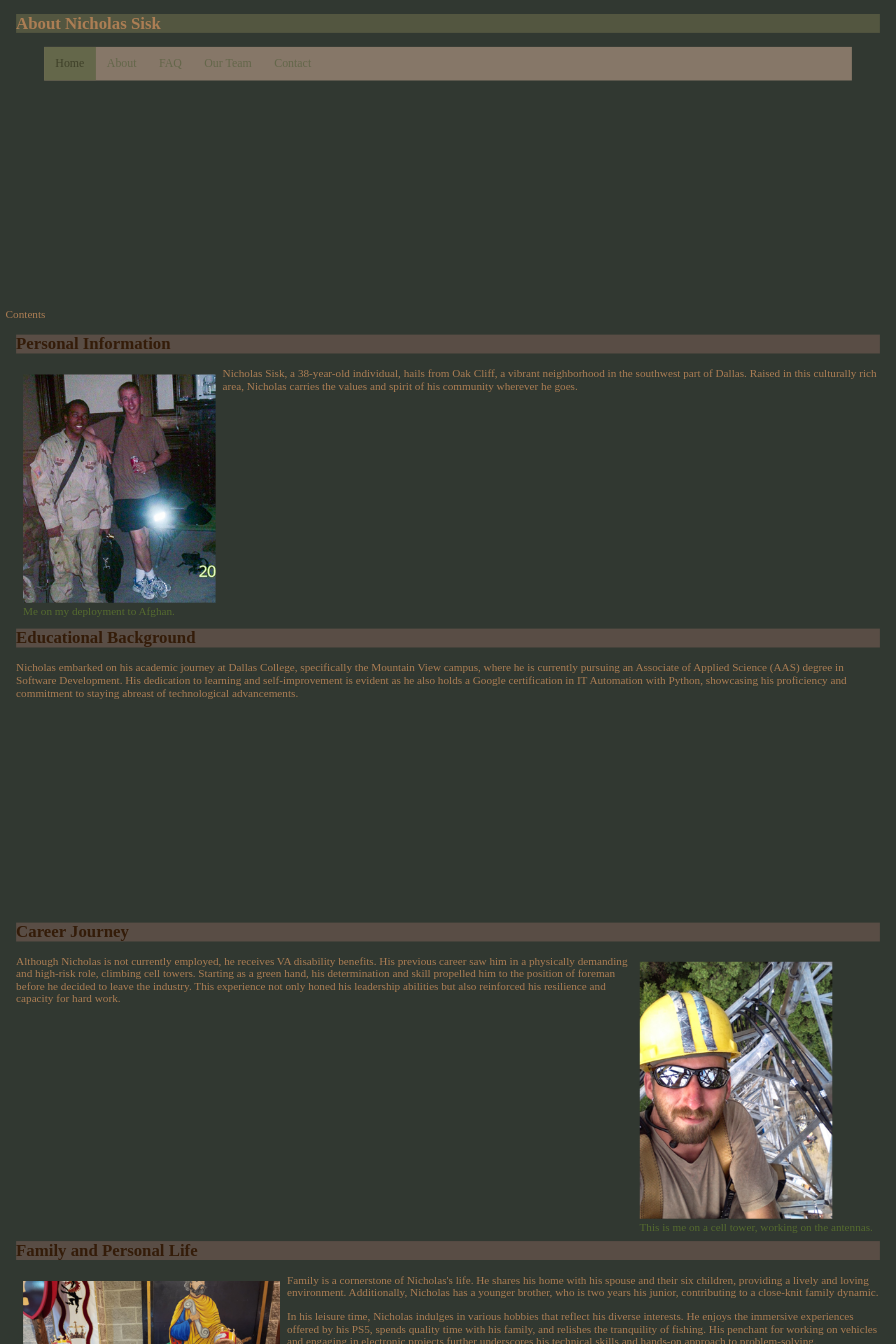
Repository: nsisk1/web-page-project
Page: index.html
These files come from the project's save history. The page is drawn as it stood at one moment and after the next save; the edit follows.
The browser window is 1280 px wide. The pictures show the part of the page from y = 0 to 1920 px (the page is 3952 px tall before and 4088 px after), at 70% of full size.

Above is the page before, as saved 2024-07-31 20:04:22.

### index.html
<!DOCTYPE html>
<html lang="en">
    <head>
        <link rel="stylesheet" href="css/style.css">
        <link rel="stylesheet" href="css/layout.css">
        <meta charset="UTF-8">
        <meta name="viewport" content="width=device-width, initial-scale=1.0">
        <title>About Nicholas Sisk</title>
    </head>
    <body>
        <article class="art">
            <h1>
                About Nicholas Sisk
            </h1>
            <figure>
                <nav class="topnav">
                    <a class="active" href="index.html">Home</a>
                    <a href="about.html">About</a>
                    <a href="faq.html">FAQ</a>
                    <a href="team.html">Our Team</a>
                    <a href="contact-us.html">Contact</a>
                </nav>
            </figure>
        </article>
        <aside>
            <h1></h1>Contents</aside>
        <article class="art">
            <h2>Personal Information</h2>
            <figure class="image">
                <a href="images/afghan-lg.jpg">
                    <img src="images/afghan-thumbnail.jpg" alt="Me on the right, and my best friend on the left.">
                    <figcaption>Me on my deployment to Afghan.</figcaption>
                </a>
            </figure>
            <div class="clear"></div>
            <p>
                Nicholas Sisk, a 38-year-old individual, hails from Oak Cliff, a
                vibrant neighborhood in the southwest part
                of Dallas. Raised in this culturally rich area, Nicholas carries
                the values and spirit of his community
                wherever he goes.
            </p>
        </article>
        <div class="clear"></div>
        <article class="art">
            <h2>Educational Background</h2>
            <p>
                Nicholas embarked on his academic journey at Dallas College,
                specifically the Mountain View campus, where he
                is currently pursuing an Associate of Applied Science (AAS)
                degree in Software Development. His dedication
                to learning and self-improvement is evident as he also holds a
                Google certification in IT Automation with
                Python, showcasing his proficiency and commitment to staying
                abreast of technological advancements.
            </p>
        </article>
        <article class="art">
            <h2>Career Journey</h2>
            <figure class="image">
                <a href="images/tower-lg.jpg">
                    <img src="images/tower-thumbnail.jpg" alt="Me on  cell tower">
                    <figcaption>
                        This is me on a cell tower, working on the antennas.
                    </figcaption>
                </a>
            </figure>
            <div class="clear"></div>
            <p>
                Although Nicholas is not currently employed, he receives VA
                disability benefits. His previous career saw him
                in a physically demanding and high-risk role, climbing cell
                towers. Starting as a green hand, his
                determination and skill propelled him to the position of foreman
                before he decided to leave the industry.
                This experience not only honed his leadership abilities but also
                reinforced his resilience and capacity for
                hard work.
            </p>
        </article>
        <article class="art">
            <h2>Family and Personal Life</h2>
            <figure class="image">
                <a href="images/kids-lg.jpg">
                    <img src="images/kids-thumbnail.jpg" alt="kids at Medieval Times">
                    <figcaption> This is the kids getting VIP treatment at Medieval Times.</figcaption>
                </a>
            </figure>
            <p>
                Family is a cornerstone of Nicholas's life. He shares his home
                with his spouse and their six children,
                providing a lively and loving environment. Additionally,
                Nicholas has a younger brother, who is two years
                his junior, contributing to a close-knit family dynamic.
            </p>
            <p>
                In his leisure time, Nicholas indulges in various hobbies that
                reflect his diverse interests. He enjoys the
                immersive experiences offered by his PS5, spends quality time
                with his family, and relishes the tranquility
                of fishing. His penchant for working on vehicles and engaging in
                electronic projects further underscores his
                technical skills and hands-on approach to problem-solving.
            </p>
        </article>
        <article class="art">
            <h2>Achievements</h2>
            <p>
                One of Nicholas's notable achievements is earning the Google
                certification for IT Automation with Python.
                This certification not only validates his technical expertise
                but also aligns with his career aspirations in
                the field of software development.
            </p>
        </article>
        <article class="art">
            <h2>Future Aspirations</h2>
            <figure class="image">
                <a href="images/nofear-lg.jpg">
                    <img src="images/fear-thumbnail.jpg" alt="Fear is the only thing that can stop you">
                    <figcaption>
                        Fear is the only thing that can stop you.
                    </figcaption>
                </a>
            </figure>
            <p>
                Looking ahead, Nicholas is determined to leverage his education
                and skills to secure a position in the
                software development industry. His goal is to apply his
                knowledge and passion for technology to make
                meaningful contributions to the field, ultimately building a
                successful career.
            </p>
        </article>
        <article class="art">
            <h2>Personal Philosophy and Unique Traits</h2>
            <p>
                A defining trait of Nicholas's character is his unwavering
                determination. He embodies the principle of never
                giving up, regardless of the challenges he faces. This
                resilience is complemented by his belief in the power
                of confidence, inspired by Packnett's assertion that confidence
                is the precursor to success in all
                endeavors.
            </p>
            <p>
                Nicholas is also guided by the inspirational words of Jack
                Canfield: "Everything you want is on the other
                side of fear." This quote resonates deeply with him, serving as
                a constant reminder to push through fears
                and obstacles to achieve his dreams.
            </p>
        </article>
        <article class="art">
            <h2>Conclusion</h2>
            <p>
                Nicholas Sisk is a dedicated and resilient individual with a
                rich personal and professional background. His
                journey from Oak Cliff to pursuing a career in software
                development, combined with his family values and
                personal philosophy, paints a picture of a man committed to
                growth, learning, and making a positive impact
                in his field. With his never-give-up attitude and a clear vision
                for the future, Nicholas is poised to
                achieve his goals and inspire those around him.
            </p>
        </article>
        <footer position="absolute">
            <a href="https://www.dallascollege.edu" target="blank">DallasCollegeHomepage</a>
            <a href="contact-us.html" target="blank">
                Contact Us
            </a>
            <a href="mailto:nsisk1@student.dallascollege.edu">Webmaster</a>
        </footer>
    </body>
</html>

### css/style.css
body {
    background-color: #313831;
    color: #ac7e54
}

h1 {
    background-color: #535640;
    color: #ac7e54;
}

h2 {
    background-color: #594d45;
    color: #341c09;


    form {
        width: 250px;
        text-align: center;
    }
}

footer {
    color: blue;

}

a:link {
    color: darkolivegreen;
    background-color: transparent;
    text-decoration: none;
}

a:visited {
    color: #655949;
    background-color: transparent;
    text-decoration: none;
}

a:hover {
    color: #5c5c5b;
    background-color: transparent;
    text-decoration: underline;
}

a:active {
    color: #5c5c5b;
    background-color: transparent;
    text-decoration: underline;
}

### css/layout.css
.topnav {
    background-color: #867768;
    overflow: hidden;
}

.topnav a {
    float: left;
    color: #64674a;
    text-align: center;
    padding: 14px 16px;
    text-decoration: none;
    font-size: 17px;
}

.topnav a:hover {
    background-color: #584240;
    color: black;
}

.topnav a.active {
    background-color: #64674a;
    color: #3f4129;
}

.image {
    box-sizing: content-box;
    padding: 5px;
    margin: 5px;
    float: left;
    height: auto;
    width: auto;
    display: block;
    clear: both;
}

.art {
    box-sizing: border-box;
    height: 400px;
    width: auto;
    margin: 15px;
    clear: both;
}

article:nth-child(even)>figure {
    float: right;
}



.row {
    display: flex;
    flex-direction: row;
    justify-content: flex-start;
    align-items: flex-start;
    align-content: flex-start;
}

.column {
    flex: 0 1 auto;
    width: 250px;
    border: #584240 solid;
    align-self: auto;
}
.column>img {
    width: 240px;
}

.aside {
    display: grid;
}

After the next save:
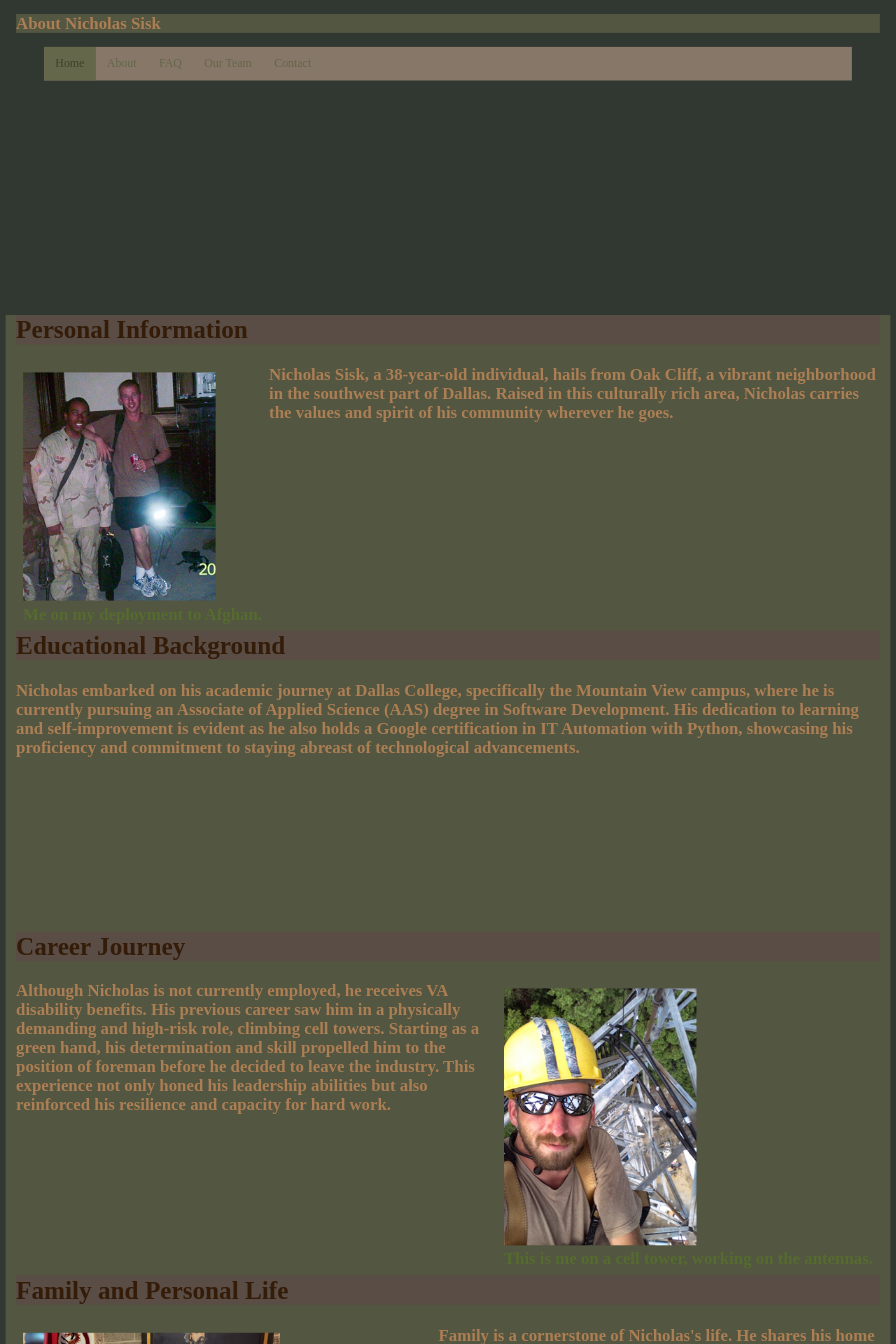
Saved 5 s later.
--- a/index.html
+++ b/index.html
@@ -23,7 +23,7 @@
             </figure>
         </article>
         <aside>
-            <h1></h1>Contents</aside>
+            <h1><Contents</aside>
         <article class="art">
             <h2>Personal Information</h2>
             <figure class="image">
